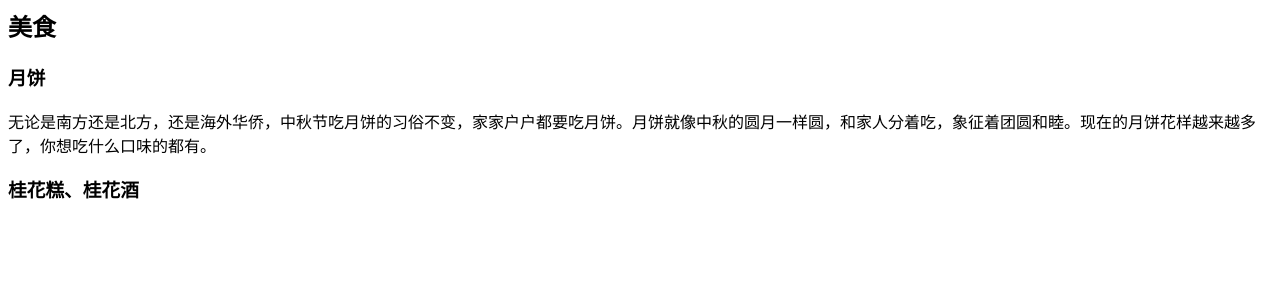
Repository: XueJie1/computer-operation-basics
Page: pages/midautumn/cuisine.html
An editor plug-in stored every save of this project. The page is shown before and after the next save, followed by the edit.
The browser window is 1280 px wide. The pictures show the whole page.

Above is the page before, as saved 2023-09-04 22:31:36.

### pages/midautumn/cuisine.html
<h2>美食</h2>
<h3>月饼</h3>
<p>无论是南方还是北方，还是海外华侨，中秋节吃月饼的习俗不变，家家户户都要吃月饼。月饼就像中秋的圆月一样圆，和家人分着吃，象征着团圆和睦。现在的月饼花样越来越多了，你想吃什么口味的都有。

</p>
<h3>桂花糕、桂花酒</h3>

After the next save:
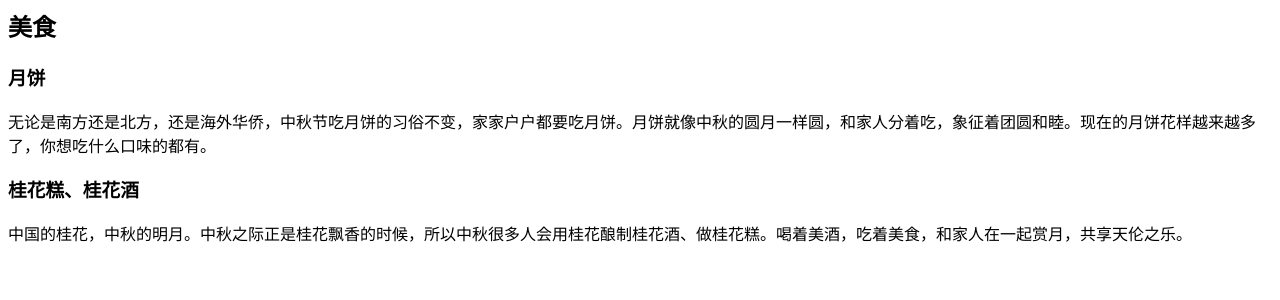
Saved 9 s later.
--- a/pages/midautumn/cuisine.html
+++ b/pages/midautumn/cuisine.html
@@ -4,3 +4,4 @@
 
 </p>
 <h3>桂花糕、桂花酒</h3>
+<p>中国的桂花，中秋的明月。中秋之际正是桂花飘香的时候，所以中秋很多人会用桂花酿制桂花酒、做桂花糕。喝着美酒，吃着美食，和家人在一起赏月，共享天伦之乐。</p>
